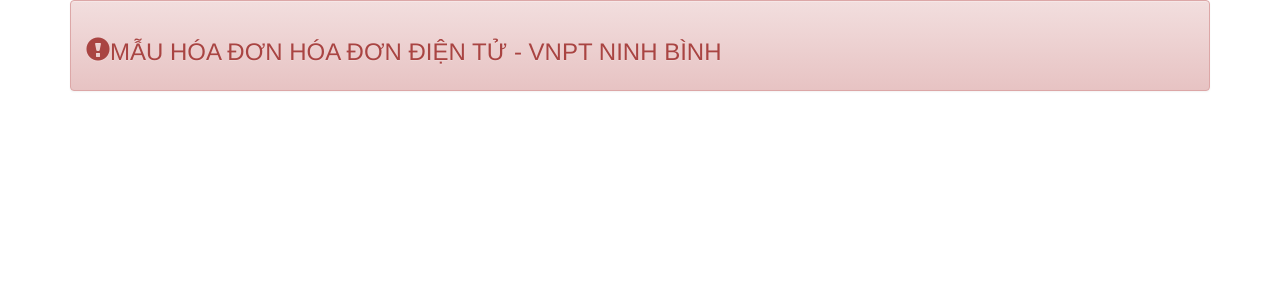
Repository: hoadonvnptninhbinh/hoadonvnptninhbinh
Page: index.html
An editor plug-in stored every save of this project. The page is shown before and after the next save, followed by the edit.
The browser window is 1280 px wide. The pictures show the whole page.

Above is the page before, as saved 2020-04-07 14:11:49.

### index.html
<!DOCTYPE html>
<html lang="en">
  <head>
    <meta charset="utf-8">
    <meta http-equiv="X-UA-Compatible" content="IE=edge">
    <meta name="viewport" content="width=device-width, initial-scale=1">
    <!-- The above 3 meta tags *must* come first in the head; any other head content must come *after* these tags -->
    <title>VNPT Ninh Bình - Mẫu Hóa Đơn HDĐT</title>

    <!-- Bootstrap -->
    <link href="plugin/bootstrap/css/bootstrap.min.css" rel="stylesheet">
    <link href="plugin/bootstrap/css/bootstrap-theme.min.css" rel="stylesheet">

  </head>
  <body>
      <div class='container'>
            <div class="alert alert-danger" role="alert">
                <h3><span class="glyphicon glyphicon-exclamation-sign"></span>MẪU HÓA ĐƠN HÓA ĐƠN ĐIỆN TỬ - VNPT NINH BÌNH</h3>
            </div>

      </div>

    <!-- jQuery (necessary for Bootstrap's JavaScript plugins) -->
    <script src="js/jquery.min.js"></script>
    <!-- Include all compiled plugins (below), or include individual files as needed -->
    <script src="plugin/bootstrap/js/bootstrap.min.js"></script>
  </body>
</html>

Loaded but not shown: plugin/bootstrap/css/bootstrap.min.css (library); plugin/bootstrap/css/bootstrap-theme.min.css (library); js/jquery.min.js (library); plugin/bootstrap/js/bootstrap.min.js (library)

After the next save:
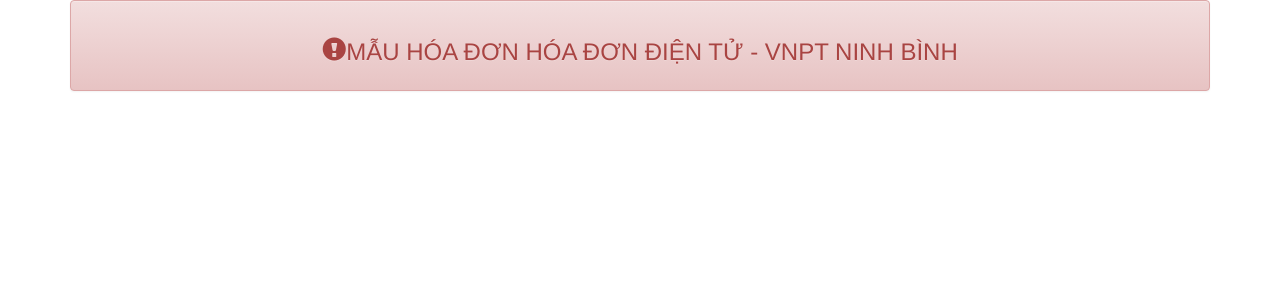
Saved 13 s later.
--- a/index.html
+++ b/index.html
@@ -15,7 +15,7 @@
   <body>
       <div class='container'>
             <div class="alert alert-danger" role="alert">
-                <h3><span class="glyphicon glyphicon-exclamation-sign"></span>MẪU HÓA ĐƠN HÓA ĐƠN ĐIỆN TỬ - VNPT NINH BÌNH</h3>
+                <h3 style="text-align: center;"><span class="glyphicon glyphicon-exclamation-sign"></span>MẪU HÓA ĐƠN HÓA ĐƠN ĐIỆN TỬ - VNPT NINH BÌNH</h3>
             </div>
 
       </div>
